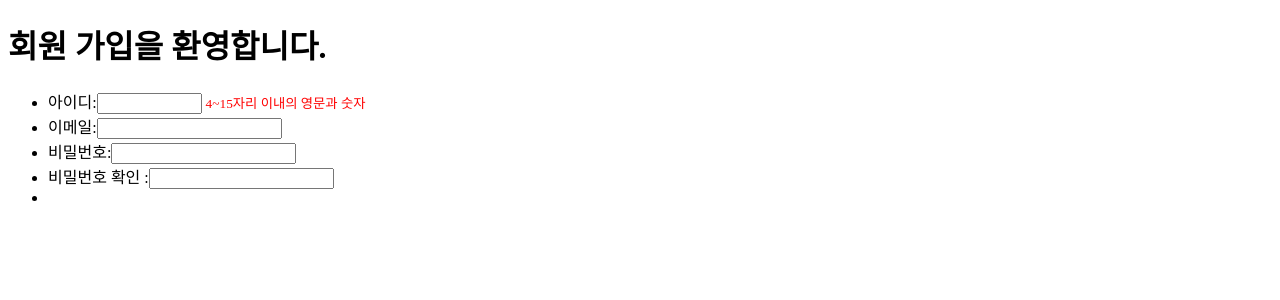
Repository: ygs3004/StudyHTML_CSS
Page: web project 01/src/main/webapp/chapter05/exam05_14.html
The author's editor kept a copy of each file at every save. The page is drawn from the files as they stood at one save, then again after the next save.
The browser window is 1280 px wide. The pictures show the whole page.

Above is the page before, as saved 2022-08-05 07:53:27.

### web project 01/src/main/webapp/chapter05/exam05_14.html
<!DOCTYPE html>
<html>
<head>
<meta charset="UTF-8">
<title>Insert title here</title>
</head>
<body>
	<h1>회원 가입을 환영합니다.</h1>
	<form action="">
		<ul>
			<li>아이디:<input type="text" id="user_id" size="10" minlength="4" maxlength="15">
			<small style="color:red;">4~15자리 이내의 영문과 숫자</small></li>
			<li>이메일:<input type="email" id="user_email"></li>
			<li>비밀번호:<input type="passwrod" id="user_pwd" </li>
			<li>비밀번호 확인 :<input type="passwrod" id="check_pwd" </li>
			<li></li>
		</ul>
	</form>
</body>
</html>

After the next save:
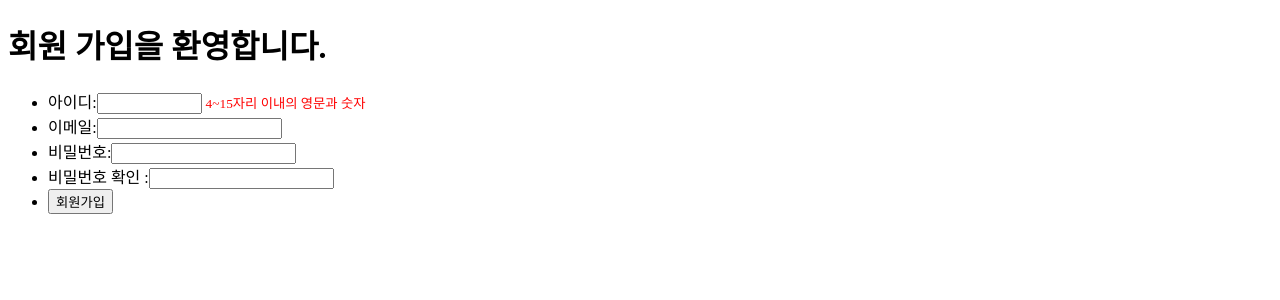
Saved 16 s later.
--- a/web project 01/src/main/webapp/chapter05/exam05_14.html
+++ b/web project 01/src/main/webapp/chapter05/exam05_14.html
@@ -13,7 +13,7 @@
 			<li>이메일:<input type="email" id="user_email"></li>
 			<li>비밀번호:<input type="passwrod" id="user_pwd" </li>
 			<li>비밀번호 확인 :<input type="passwrod" id="check_pwd" </li>
-			<li></li>
+			<li><input type="submit" value="회원가입"></li>
 		</ul>
 	</form>
 </body>
